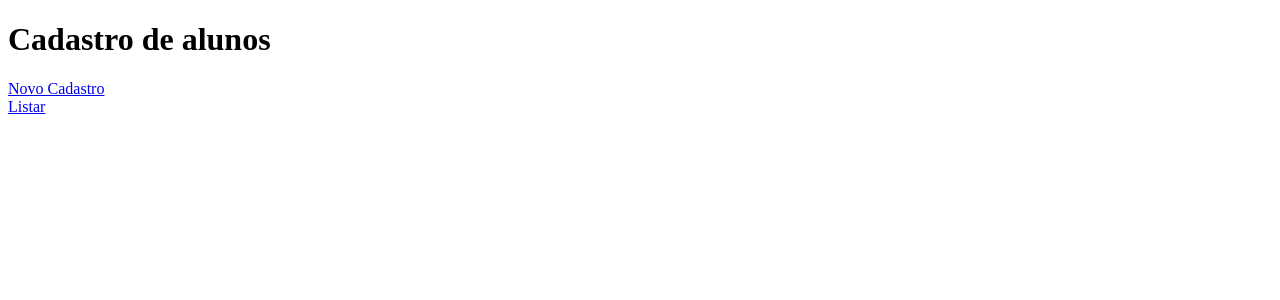
Repository: juliatbarbosa/CRUD-ALUNOS
Page: http://localhost/OlaMundo/alunos/cadastro/index.jsp
The author's editor kept a copy of each file at every save. The page is drawn from the files as they stood at one save, then again after a run of saves.
The browser window is 1280 px wide. The pictures show the whole page.
The page is served by Tomcat 9.

Above is the page before, as saved 2024-09-29 21:04:42.

After the next 2 saves:
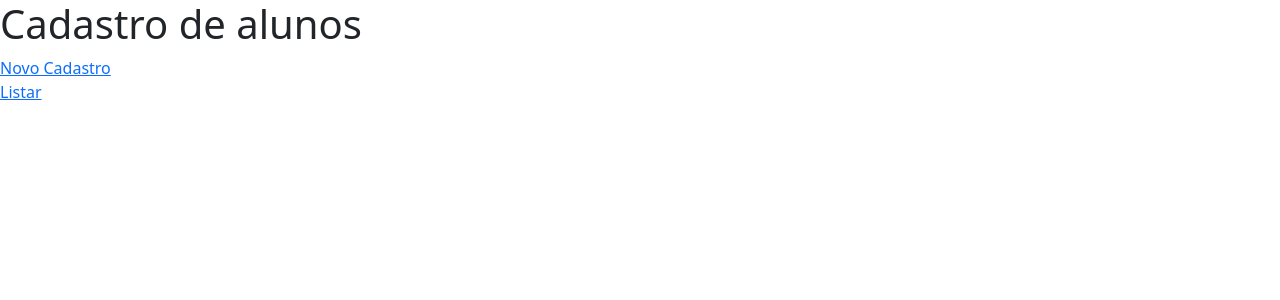
The 2 saves are shown as one change because they came seconds apart.
The last was saved 6 s later.
--- a/OlaMundo/src/main/webapp/alunos/cadastro/index.jsp
+++ b/OlaMundo/src/main/webapp/alunos/cadastro/index.jsp
@@ -7,7 +7,8 @@
 <meta charset="ISO-8859-1">
 <title>Insert title here</title>
 
-
+<link href="https://cdn.jsdelivr.net/npm/bootstrap@5.3.3/dist/css/bootstrap.min.css" rel="stylesheet" integrity="sha384-QWTKZyjpPEjISv5WaRU9OFeRpok6YctnYmDr5pNlyT2bRjXh0JMhjY6hW+ALEwIH" crossorigin="anonymous">
+<link href="https://cdn.jsdelivr.net/npm/bootstrap-icons/font/bootstrap-icons.css" rel="stylesheet">
 
 </head>
 <body>
@@ -22,5 +23,7 @@
 	//AlunoDAO dao = new AlunoDAO();
 	//dao.criarTabela();
 	%>
+
+
 </body>
 </html>
